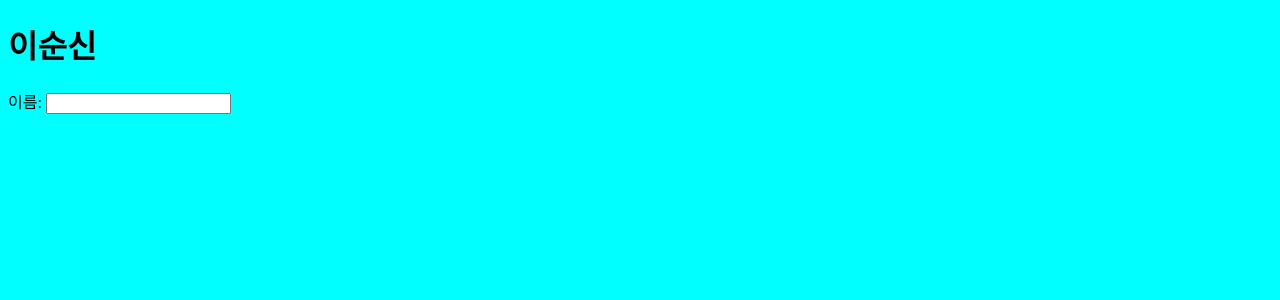
Repository: htsgts/JavaFramework
Page: workspace/Chapter01/src/main/resources/static/first.html
These files come from the project's save history. The page is drawn as it stood at one moment and after the next save; the edit follows.
The browser window is 1280 px wide. The pictures show the whole page.

Above is the page before, as saved 2024-03-04 05:33:51.

After the next save:
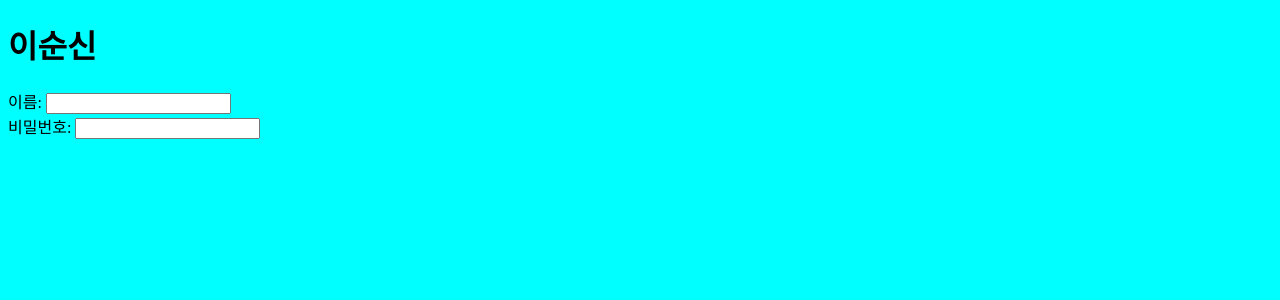
Saved 32 s later.
--- a/workspace/Chapter01/src/main/resources/static/first.html
+++ b/workspace/Chapter01/src/main/resources/static/first.html
@@ -10,6 +10,7 @@
 		<h1>이순신</h1>
 		<form action="response.html" method="post">
 			이름: <input type="text" name="name"/><br>
+			비밀번호: <input type="password" name="password" />
 		</form>
 	</body>
 </html>
